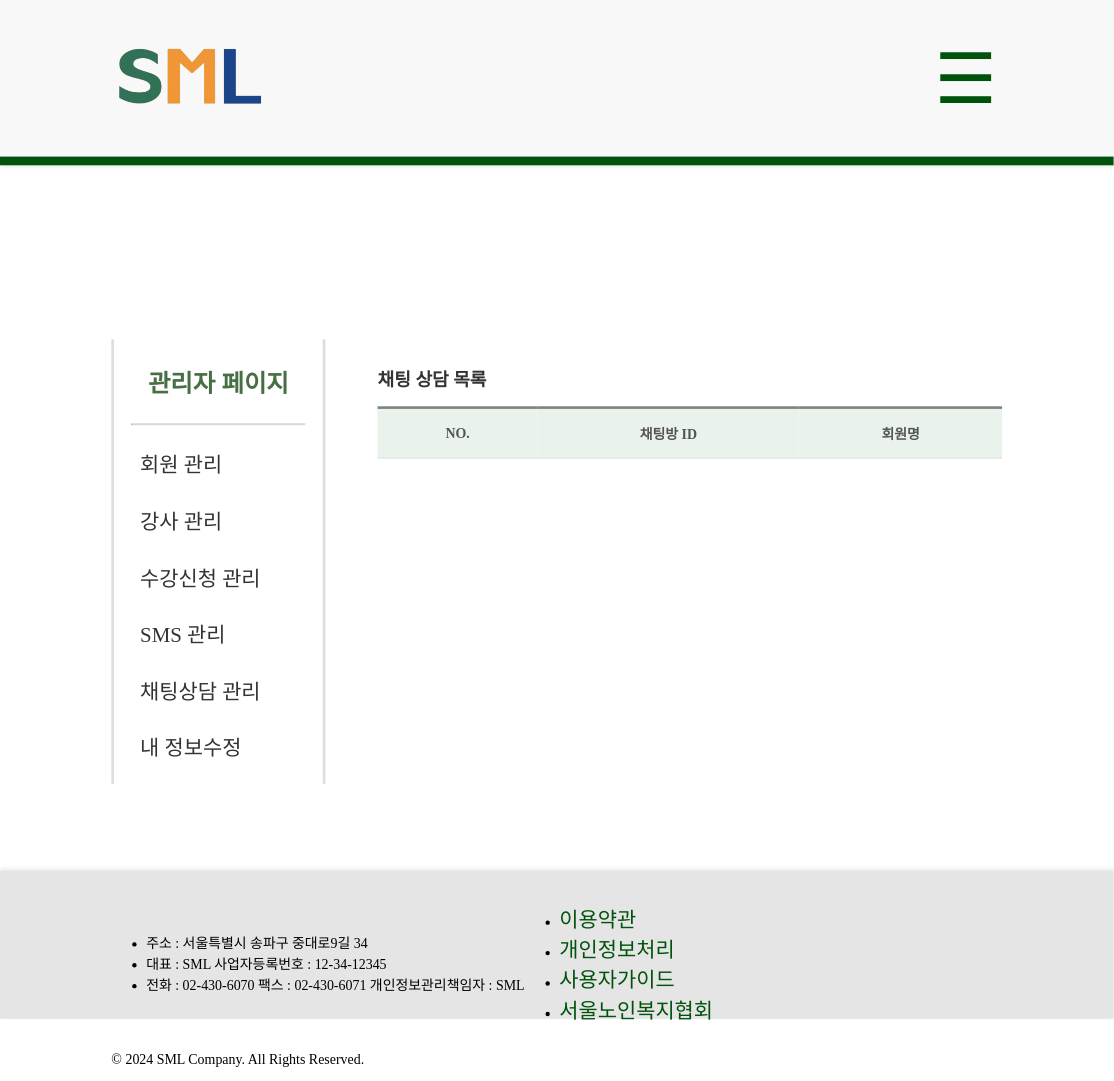
Repository: SML-SpringInMyLife/SML
Page: http://localhost/SML/WEB-INF/views/admin/chat.jsp
These files come from the project's save history. The page is drawn as it stood at one moment and after the next save; the edit follows.
The browser window is 1280 px wide. The pictures show the whole page, at 87% of full size.
Some icons come from a web library that is not loaded, so they are not drawn. Some web fonts or font styles are not loaded; a fallback is used. The page is served by Tomcat 9. Nobody is signed in. Other server files are loaded and not shown. The template is opened directly, without the code that normally fills it, so the values that code supplies are empty.

Above is the page before, as saved 2024-07-30 02:06:23.
Console error: ReferenceError: startChat is not defined

### SML/src/main/webapp/WEB-INF/views/admin/chat.jsp
<%@ page language="java" contentType="text/html; charset=UTF-8"
	pageEncoding="UTF-8"%>
<%@ taglib uri="http://java.sun.com/jsp/jstl/core" prefix="c"%>
<!DOCTYPE html>
<html>
<head>
<meta charset="UTF-8">
<title>Chat Consultation List</title>
<link rel="stylesheet"
	href="${webappRoot}/resources/css/common/common.css">
<link rel='stylesheet'
	href='https://cdn-uicons.flaticon.com/2.5.1/uicons-bold-rounded/css/uicons-bold-rounded.css'>
<script src="https://code.jquery.com/jquery-3.6.0.min.js"></script>
<script
	src="https://ajax.googleapis.com/ajax/libs/jquery/3.5.1/jquery.min.js"></script>
</head>
<body>
	<!-- 헤더 영역 포함 -->
	<jsp:include page="/WEB-INF/views/common/header.jsp" />

	<!-- 채팅 상담 목록 메인 내용을 여기에 작성 -->
	<main>
		<div class="admin-container">
			<jsp:include page="/WEB-INF/views/admin/adminMenu.jsp" />

			<div class="admin-main-content" id="chatList">
				<h2>채팅 상담 목록</h2>
				<table class="stats-table">
					<thead>
						<tr>
							<th>NO.</th>
							<th>채팅방 ID</th>
							<th>회원명</th>
						</tr>
					</thead>
					<tbody id="chat-room-list">
						<!-- 여기에 동적으로 채팅방 목록이 추가됨 -->
					</tbody>
				</table>
			</div>
		</div>
	</main>

	<!-- 푸터 영역 포함 -->
	<jsp:include page="/WEB-INF/views/common/footer.jsp" />

	<script>
		// 채팅방 목록을 갱신하는 함수
		function updateChatRooms() {
			$.ajax({
			    url: '/admin/chatRooms',
			    method: 'GET',
			    dataType: 'json', // JSON 형식으로 응답을 받도록 명시
			    success: function(response) {
			        let chatRooms = response.chatRooms; // 이미 JSON으로 파싱된 응답을 사용
			        let chatRoomList = $('#chat-room-list');
			        chatRoomList.empty(); // 기존 목록 제거

			        chatRooms.forEach(function(room, index) {
			            var status = index + 1;
			            chatRoomList.append('<tr data-id="' + room.id + '">'
			                                + '<td>' + status + '</td>'  // 자동 번호
			                                + '<td>' + room.id + '</td>'
			                                + '<td>' + room.name + '</td>' // 한글 이름
			                                + '</tr>');
			        });
					// 각 채팅방 클릭 이벤트 설정
					$('#chat-room-list tr').on('click', function() {
						const conversationId = $(this).data('id');
						console.log("채팅방 선택됨 ===> " + conversationId);

						const message = JSON.stringify({
							action : 'joinChatRoom',
							conversationId : conversationId
						});

						ws.send(message); // WebSocket을 통해 메시지 전송
						$('#chat-container').removeClass('hidden');
						$('#conversationId').val(conversationId); // 선택된 대화 ID 설정
					});
				},
				error : function(xhr, status, error) {
					console.error('채팅방 목록 가져오기 실패:', status, error);
				}
			});
		}

		// 페이지가 로드될 때 채팅방 목록을 갱신
		$(document).ready(function() {
			startChat(); // 채팅 연결 함수 호출
			updateChatRooms();
			// 10초마다 채팅방 목록을 갱신
			setInterval(updateChatRooms, 10000);
		});
	</script>
</body>
</html>

### SML/src/main/webapp/WEB-INF/views/common/header.jsp
<%@ page language="java" contentType="text/html; charset=UTF-8"
	pageEncoding="UTF-8"%>
<%@ taglib uri="http://java.sun.com/jsp/jstl/core" prefix="c"%>
<!DOCTYPE html>
<html>
<head>
<meta charset="UTF-8">
<title>Header</title>
<link rel="stylesheet"
	href="${webappRoot}/resources/css/common/common.css">
<link rel='stylesheet'
	href='https://cdn-uicons.flaticon.com/2.5.1/uicons-bold-rounded/css/uicons-bold-rounded.css'>
<script src="https://code.jquery.com/jquery-3.6.0.min.js"></script>
<script
	src="https://ajax.googleapis.com/ajax/libs/jquery/3.5.1/jquery.min.js"></script>
</head>
<body>
	<div id="quick-menu">
		<button id="enlarge-font-button"">
			<i class="fi fi-br-zoom-in"></i>
		</button>
		<button id="reduce-font-button">
			<i class="fi fi-br-zoom-out"></i>
		</button>
		<c:choose>
			<c:when test="${sessionScope.member.memAdminCheck == 1}">
				<a href="/admin/chat"><button>
						<i class="fi fi-br-comments-question-check"></i>
					</button> </a>
			</c:when>
			<c:otherwise>
				<button id="chat-start-button">
					<i class="fi fi-br-comments-question-check"></i>
				</button>
			</c:otherwise>
		</c:choose>
		<button id="scroll-top-button">
			<i class="fi fi-br-chevron-double-up"></i>
		</button>
	</div>

	<header>
		<div class="container">
			<div class="left-menu">
				<a href="/" class="main-link"> <img
					src="${webappRoot}/resources/images/logo.png" alt="Logo"
					class="logo">
				</a>
				<nav class="main-menu" id="main-menu">
					<ul>
						<li><a href="/notice/list">공지사항</a></li>
						<li><a href="/safty/list">생활정보</a></li>
						<li><a href="/location/map">위치찾기</a></li>
						<li><a href="/course/boardList">취미교실</a></li>
						<li><a href="/community/boardList">커뮤니티</a></li>
						<li><a href="/donation/main">후원하기</a></li>
					</ul>
				</nav>
			</div>
			<nav class="auth-menu" id="auth-menu">
				<ul>
					<c:choose>
						<c:when test="${not empty sessionScope.member}">
							<li><span class="welcome" id="memName">${sessionScope.member.memName}
									님</span><span class="memId" id="memId" style="display: none;">${sessionScope.member.memId}</span></li>
							<c:choose>
								<c:when test="${sessionScope.member.memAdminCheck == 1}">
									<li><a href="/admin/main">관리자페이지</a></li>
								</c:when>
								<c:otherwise>
									<li><a href="/member/memberCheck">마이페이지</a></li>
								</c:otherwise>
							</c:choose>
							<li><a href="/member/logout">로그아웃</a></li>
						</c:when>
						<c:otherwise>
							<li><a href="/member/login">로그인</a></li>
							<li><a href="/member/join">회원가입</a></li>
						</c:otherwise>
					</c:choose>
				</ul>
			</nav>
			<button class="hamburger" id="hamburger">&#9776;</button>
			<div class="mobile-menu" id="mobile-menu">
				<ul>
					<li><a href="/notice/list">공지사항</a></li>
					<li><a href="/safty/list">생활정보</a></li>
					<li><a href="/location/map">위치찾기</a></li>
					<li><a href="/course/boardList">취미교실</a></li>
					<li><a href="/community/boardList">커뮤니티</a></li>
					<li><a href="/donation/main">후원하기</a></li>
					<hr>
					<c:choose>
						<c:when test="${not empty sessionScope.member}">
							<c:choose>
								<c:when test="${sessionScope.member.memAdminCheck == 1}">
									<li><a href="/admin/main">관리자페이지</a></li>
								</c:when>
								<c:otherwise>
									<li><a href="/member/memberCheck">마이페이지</a></li>
								</c:otherwise>
							</c:choose>
							<li><a href="/member/logout">로그아웃</a></li>
						</c:when>
						<c:otherwise>
							<li><a href="/member/login">로그인</a></li>
							<li><a href="/member/join">회원가입</a></li>
						</c:otherwise>
					</c:choose>
				</ul>
			</div>
		</div>
	</header>

	<!-- 채팅 팝업 설정 -->
	<div id="chat-container" class="hidden">
		<%-- <c:choose>
			<c:when test="${sessionScope.member.memAdminCheck == 1}">
				<div id="chat-header">
					<span> 채팅 상담 💬 </span>
					<!-- <h3>Chat Rooms</h3>
					<div id="roomList"></div> -->
					<button class="sizeBtn" onclick="minimizeChat()">⎯</button>
					<!-- 최소화 버튼 -->
					<button class="closeBtn" onclick="closeChat()">❌</button>
				</div>
				<div id="chat-box"></div>
				<div id="chat-input">
					<input type="text" id="message-input" placeholder="메시지를 입력하세요.">
					<button class="sendBtn" onclick="sendMessage()">전송</button>
				</div>
			</c:when>
			<c:otherwise> --%>
		<div id="chat-header">
			<span> 채팅 상담 💬 </span>
			<button class="sizeBtn" onclick="minimizeChat()">⎯</button>
			<!-- 최소화 버튼 -->
			<button class="closeBtn" onclick="closeChat()">❌</button>
		</div>
		<div id="chat-box"></div>
		<div id="chat-input">
			<input type="text" id="message-input" placeholder="메시지를 입력하세요.">

			<input type="hidden" id="conversationId" value="">

			<button class="sendBtn" onclick="sendMessage()">전송</button>
		</div>
		<%-- </c:otherwise>
		</c:choose> --%>
	</div>

	<div id="close-chat-modal" class="modal hidden">
		<div class="modal-content">
			<p>채팅(상담)을 종료하시겠습니까?</p>
			<button onclick="confirmCloseChat()">종료</button>
			<button onclick="cancelCloseChat()">취소</button>
		</div>
	</div>
	<script src="${webappRoot}/resources/js/common.js"></script>

</body>
</html>

### SML/src/main/webapp/WEB-INF/views/admin/adminMenu.jsp
<%@ page language="java" contentType="text/html; charset=UTF-8"
	pageEncoding="UTF-8"%>
<%@ taglib uri="http://java.sun.com/jsp/jstl/core" prefix="c"%>
<%
String requestURI = request.getRequestURI();
String basePath = "/admin/";
String pagePath = requestURI.substring(requestURI.indexOf(basePath) + basePath.length());
pagePath = pagePath.replace(".jsp", "");
// System.out.println(pagePath);

if (pagePath == null || pagePath.isEmpty()) {
	pagePath = "main";
}
%>
<!DOCTYPE html>
<html>
<head>
<meta charset="UTF-8">
<title>Insert title here</title>
<link rel="stylesheet"
	href="${webappRoot}/resources/css/common/common.css">
<link rel="stylesheet"
	href="${webappRoot}/resources/css/admin/admin.css">
</head>
<body>

	<nav class="admin-menu">
		<a href="/admin/main"><h3>관리자 페이지</h3></a>
		<hr>
		<ul>
			<li><a href="/admin/members">회원 관리</a></li>
			<li><a href="/admin/teacher/list">강사 관리</a></li>
			<li><a href="/admin/courseApplycant">수강신청 관리</a></li>
			<li><a href="/admin/sms">SMS 관리</a></li>
			<li><a href="/admin/chatList">채팅상담 관리</a></li>
			<li><a href="/admin/adminInfo">내 정보수정</a></li>
		</ul>
	</nav>

	<script src="${webappRoot}/resources/js/admin/admin.js"></script>
</body>
</html>

### SML/src/main/webapp/WEB-INF/views/common/footer.jsp
<%@ page language="java" contentType="text/html; charset=UTF-8"
	pageEncoding="UTF-8"%>
<!DOCTYPE html>
<html>
<head>
<meta charset="UTF-8">
<title>Footer</title>
<link rel="stylesheet"
	href="${webappRoot}/resources/css/common/common.css">
</head>
<body>
	<footer>
		<div class="footer-container">
			<div class="footer-left">
				<ul class="footer-address">
					<li>주소 : 서울특별시 송파구 중대로9길 34</li>
					<li>대표 : SML 사업자등록번호 : 12-34-12345</li>
					<li>전화 : 02-430-6070 팩스 : 02-430-6071 개인정보관리책임자 : SML</li>
				</ul>
				<ul class="footer-links">
					<li><a href="#">이용약관</a></li>
					<li><a href="#">개인정보처리</a></li>
					<li><a href="#">사용자가이드</a></li>
					<li><a href="#">서울노인복지협회</a></li>
				</ul>
			</div>
			<p class="footer-copy">© 2024 SML Company. All Rights Reserved.</p>
		</div>
	</footer>
</body>
</html>

### SML/src/main/webapp/resources/css/common/common.css
@charset "UTF-8";

/* 전체 기본 폰트 설정 */
@font-face {
    font-family: 'WAGURITTF';
    src: url('https://fastly.jsdelivr.net/gh/projectnoonnu/2403@1.0/WAGURITTF.woff2') format('woff2');
    font-weight: normal;
    font-style: normal;
}

body {
	margin: 0;
	padding: 0;
	box-sizing: border-box;
}

/* 헤더(네비게이션) 영역 */
header {
	font-family: 'WAGURITTF';
	width: 100%;
	height: 180px;
	background-color: #f8f8f8;
	display: flex;
	justify-content: center;
	align-items: center;
	position: fixed; /* 위치 고정 */
	top: 0; /* 화면 상단에 위치 */
	z-index: 1000;
	box-shadow: 0 2px 5px rgba(0, 0, 0, 0.1);
	border-bottom: 10px solid #01530c;
}

.container {
	width: 80%;
	max-width: 1240px;
	display: flex;
	justify-content: space-between;
	align-items: center;
	position: relative; /* 상대적 위치 설정 (모바일 메뉴 조정용) */
}

.logo {
	width: 180px;
	height: auto;
}

.main-menu ul, .auth-menu ul {
	list-style: none;
	padding: 0;
	margin: 0;
	display: flex;
}

.main-menu li {
	margin-right: 50px;
}

.main-menu li:hover, .auth-menu li:hover, .mobile-menu li:hover {
	font-weight: 900;
}

.auth-menu li {
	margin-left: 20px;
}

.auth-menu {
	display: flex;
	align-items: right;
	position: relative; /* 상대적 위치 설정 (햄버거 메뉴 조정용) */
}

a {
	text-decoration: none;
	color: #01530c;
	font-size: 24px;
}

.hamburger-container {
	position: relative;
}

.hamburger {
	display: none;
	background: none;
	border: none;
	font-size: 80px; /* 폰트 크기 설정 (햄버거 아이콘 크기) */
	cursor: pointer; /* 클릭 가능한 커서 설정 */
	margin-left: 20px;
	color: #01530c;
}

.mobile-menu {
	display: none;
	position: absolute;
	top: calc(100% + 5px); /* 버튼 아래에 약간의 여백 추가 */
	right: 0; /* 버튼 오른쪽 끝에 위치 */
	width: 150px;
	background-color: #f8f8f8;
	box-shadow: 0 2px 5px rgba(0, 0, 0, 0.1);
	z-index: 999; /* 햄버거 버튼보다 뒤에 위치하도록 설정 */
	border: 1px solid #ddd;
}

.mobile-menu ul {
	list-style: none;
	padding: 20px;
	margin: 0;
}

.mobile-menu li {
	margin-bottom: 10px;
}

/* 화면 너비가 1400px 이하일 때, 네비게이션 메뉴 비활성화, 햄버거 버튼 및 메뉴 팝업 활성화 */
@media ( max-width : 1400px) {
	.main-menu, .auth-menu {
		display: none; /* 메인 메뉴와 인증 메뉴 숨기기 */
	}
	.hamburger {
		display: block; /* 햄버거 버튼 표시 */
	}
}

.main-container {
	position: relative; /* 상대적 위치 설정 */
	height: 100vh; /* 전체 뷰포트 높이 */
	margin-top: 190px; /* 헤더 높이만큼 여백 추가 */
	background-image: url('/resources/images/mainPage.jpg');
	background-repeat: no-repeat;
	background-size: cover;
	background-position: center;
	display: flex;
	justify-content: center;
	align-items: center;
	overflow: hidden; /* 컨테이너의 오버플로우 방지 */
}

.main-container::before {
	content: ""; /* 가상 요소에 내용 없음 */
	position: absolute; /* 절대 위치 설정 */
	top: 0;
	left: 0;
	right: 0;
	bottom: 0;
	background: rgba(0, 0, 0, 0.5); /* 50% 투명도의 검정색 오버레이 */
	pointer-events: none; /* 오버레이 아래의 요소와 상호작용 가능 */
	z-index: 1; /* 텍스트 위에 위치하도록 설정 */
}

.main-text {
	position: relative; /* 오버레이 위에 위치하도록 설정 */
	z-index: 2;
	color: white; /* 흰색 텍스트 색상 */
	font-size: 3em;
	text-align: center; /* 텍스트 수평 중앙 정렬 */
	line-height: 1.2; /* 텍스트 가독성을 위한 줄 높이 조정 */
}

main {
	width: 80%;
	max-width: 1240px;
	margin: 0 auto;
	margin-top: 190px;
	padding-top: 50px;
	flex: 1;
	min-height: 500px;
}

/* 푸터 영역 */
footer {
	margin: 0;
	width: 100%;
	height: 130px;
	background-color: #e5e5e5;
	box-shadow: 0 -2px 5px rgba(0, 0, 0, 0.1);
	padding: 20px 0;
	position: relative;
}

.footer-container {
	width: 80%;
	max-width: 1240px;
	display: flex;
	justify-content: space-between;
	align-items: center;
	margin: 0 auto;
}

.footer-left {
	display: flex;
	align-items: center;
}

.footer-logo {
	width: 100px;
	height: auto;
	margin-right: 20px;
}

.footer-menu ul {
	list-style: none;
	padding: 0;
	margin: 0;
	display: flex;
}

.footer-menu li {
	margin-right: 20px;
}

.footer-menu li:last-child {
	margin-right: 0;
}

.footer-menu a {
	text-decoration: none;
	color: #01530c;
	font-size: 16px;
}

.footer-left p {
	color: #01530c;
	font-size: 16px;
}

/* 반응형 디자인: 화면 너비가 1400px 이하일 때 */
@media ( max-width : 1400px) {
	.footer-container {
		flex-direction: column; /* 열 방향으로 레이아웃 설정 */
		align-items: flex-start; /* 왼쪽 정렬 */
	}
	.footer-menu ul {
		flex-direction: column;
		align-items: flex-start;
	}
	.footer-menu li {
		margin-bottom: 10px;
	}
	.footer-menu li:last-child {
		margin-bottom: 0;
	}
}

Loaded but not shown: SML/src/main/webapp/resources/js/common.js (18 lines, source omitted); SML/src/main/webapp/resources/css/admin/admin.css (652 lines, source omitted); SML/src/main/webapp/resources/js/admin/admin.js (no copy from this time; the picture is the same without it)

After the next save:
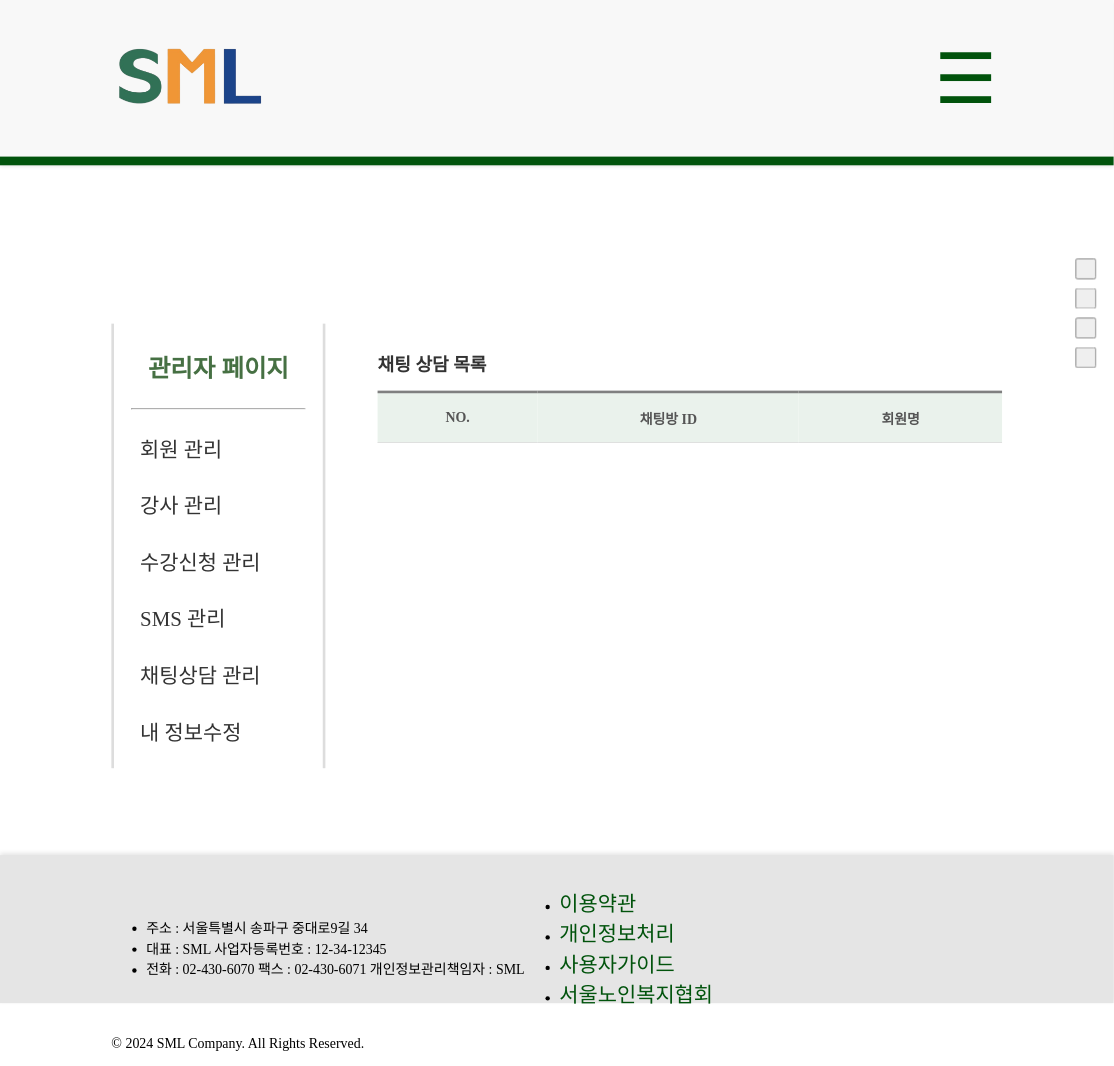
Saved 23 min 0 s later.
--- a/SML/src/main/webapp/resources/css/common/common.css
+++ b/SML/src/main/webapp/resources/css/common/common.css
@@ -2,10 +2,12 @@
 
 /* 전체 기본 폰트 설정 */
 @font-face {
-    font-family: 'WAGURITTF';
-    src: url('https://fastly.jsdelivr.net/gh/projectnoonnu/2403@1.0/WAGURITTF.woff2') format('woff2');
-    font-weight: normal;
-    font-style: normal;
+	font-family: 'WAGURITTF';
+	src:
+		url('https://fastly.jsdelivr.net/gh/projectnoonnu/2403@1.0/WAGURITTF.woff2')
+		format('woff2');
+	font-weight: normal;
+	font-style: normal;
 }
 
 body {
@@ -156,6 +158,26 @@ a {
 	line-height: 1.2; /* 텍스트 가독성을 위한 줄 높이 조정 */
 }
 
+#quick-menu {
+	position: fixed;
+	right: 20px;
+	top: 50%;
+	transform: translateY(-50%);
+	display: flex;
+	flex-direction: column;
+	gap: 10px;
+}
+
+#quick-menu button {
+	padding: 10px;
+	font-size: 16px;
+	cursor: pointer;
+}
+
+#quick-menu button:hover {
+	background-color: #ddd;
+}
+
 main {
 	width: 80%;
 	max-width: 1240px;
